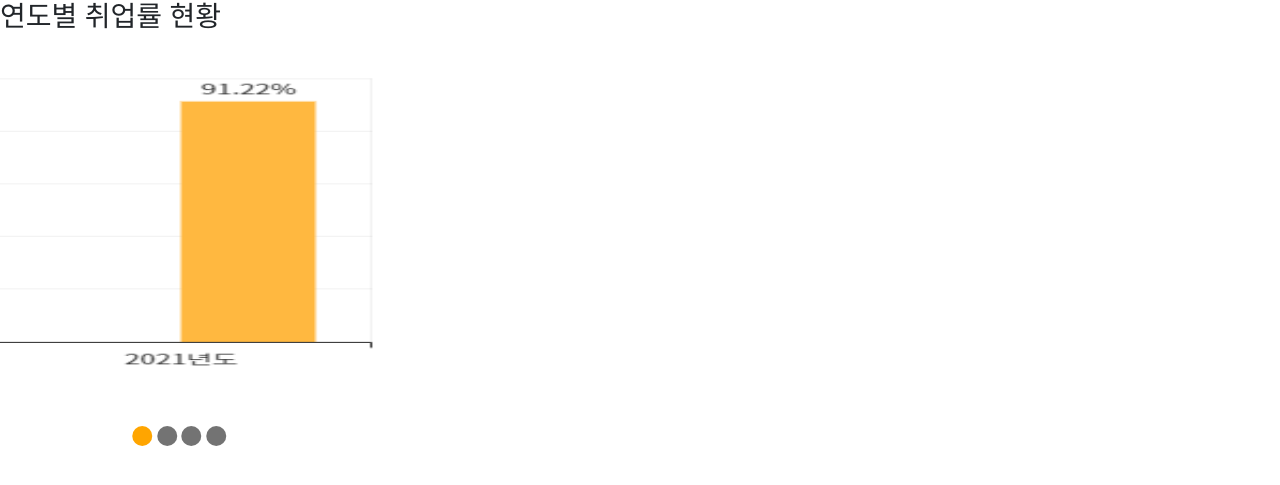
Repository: JavaJin96/kr.or.ddit.HighJava
Page: http://localhost/TeamProjectDCUM/work_psj/iframe_psj/getwork.jsp
An editor plug-in stored every save of this project. The page is shown before and after the next save, followed by the edit.
The browser window is 1280 px wide. The pictures show the whole page.
The page is served by Tomcat 9. Other server files are loaded and not shown.

Above is the page before, as saved 2022-02-16 01:12:55.

### 3.Highjava/workspace/TeamProjectDCUM/WebContent/work_psj/iframe_psj/getwork.jsp
<%@ page language="java" contentType="text/html; charset=UTF-8"
    pageEncoding="UTF-8"%>
<!DOCTYPE html>
<html>
<head>
<meta charset="UTF-8">
<title>Insert title here</title>
<!-- 카드 -->
<link rel="stylesheet" href="https://cdn.jsdelivr.net/npm/bootstrap@4.6.1/dist/css/bootstrap.min.css">
<script src="https://cdn.jsdelivr.net/npm/jquery@3.5.1/dist/jquery.slim.min.js"></script>
<script src="https://cdn.jsdelivr.net/npm/popper.js@1.16.1/dist/umd/popper.min.js"></script>
<script src="https://cdn.jsdelivr.net/npm/bootstrap@4.6.1/dist/js/bootstrap.bundle.min.js"></script>
<style>
/*---------------------- 슬라이드 ----------------------------*/
.slider{
	margin-top : 40px;
    width: 640px;
    height: 400px;
    position: relative;
    overflow: hidden; /* 현재 슬라이드 오른쪽에 위치한 나머지 슬라이드 들이 보이지 않도록 가림 */
/*     text-align: center; */
	display: flex;
}
.slider input[type=radio]{
    display: none;
}
img{
	width : 400px;
    height : 300px;
}

ul.imgs{
    padding: 0;
    margin: 0;
    list-style: none;
}
ul.imgs li{
    position: absolute;
    left: 640px;
    transition-delay: 1s; /* 새 슬라이드가 이동해 오는 동안 이전 슬라이드 이미지가 배경이 보이도록 지연 */
    padding: 0;
    margin: 0;
}

.bullets{
    position: absolute;
    left: 28%;
    transform: translateX(-50%);
    bottom: 20px;
    z-index: 2;
}

.bullets label{
    display: inline-block;
    border-radius: 50%;
    background-color: rgba(0,0,0,0.55);
    width: 20px;
    height: 20px;
    cursor: pointer;
}

/* 현재 선택된 불릿 배경 흰색으로 구분 표시 */
.slider input[type=radio]:nth-child(1):checked~.bullets>label:nth-child(1){
    background-color: orange;
}

.slider input[type=radio]:nth-child(2):checked~.bullets>label:nth-child(2){
    background-color: orange;
}

.slider input[type=radio]:nth-child(3):checked~.bullets>label:nth-child(3){
    background-color: orange;
}

.slider input[type=radio]:nth-child(4):checked~.bullets>label:nth-child(4){
    background-color: orange;
}

 .slider input[type=radio]:nth-child(1):checked~ul.imgs>li:nth-child(1){
     left: 0;
     transition: 0.5s;
     z-index:1;
 }

 .slider input[type=radio]:nth-child(2):checked~ul.imgs>li:nth-child(2){
     left: 0;
     transition: 0.5s;
     z-index:1;
 }

 .slider input[type=radio]:nth-child(3):checked~ul.imgs>li:nth-child(3){
     left: 0;
     transition: 0.5s;
     z-index:1;
 }

 .slider input[type=radio]:nth-child(4):checked~ul.imgs>li:nth-child(4){
     left: 0;
     transition: 0.5s;
     z-index:1;
 }

</style>


</head>
<body>
	<h3>연도별 취업률 현황</h3>
	<div class="slider" targer="ifr">
	    <input type="radio" name="slide" id="slide1" checked>
	    <input type="radio" name="slide" id="slide2">
	    <input type="radio" name="slide" id="slide3">
	    <input type="radio" name="slide" id="slide4">

	    <ul id="imgholder" class="imgs">
	        <li><img src="<%=request.getContextPath()%>/images/main/getwork2.png" targer="ifr"></li>
	        <li><img src="<%=request.getContextPath()%>/images/main/getwork3.PNG" targer="ifr"></li>
	        <li><img src="<%=request.getContextPath()%>/images/main/getwork4.PNG" targer="ifr"></li>
	        <li><img src="<%=request.getContextPath()%>/images/main/getwork5.PNG" targer="ifr" ></li>
	    </ul>

	    <div class="bullets">
	        <label for="slide1">&nbsp;</label>
	        <label for="slide2">&nbsp;</label>
	        <label for="slide3">&nbsp;</label>
	        <label for="slide4">&nbsp;</label>
	    </div>
	</div>


</body>
</html>

After the next save:
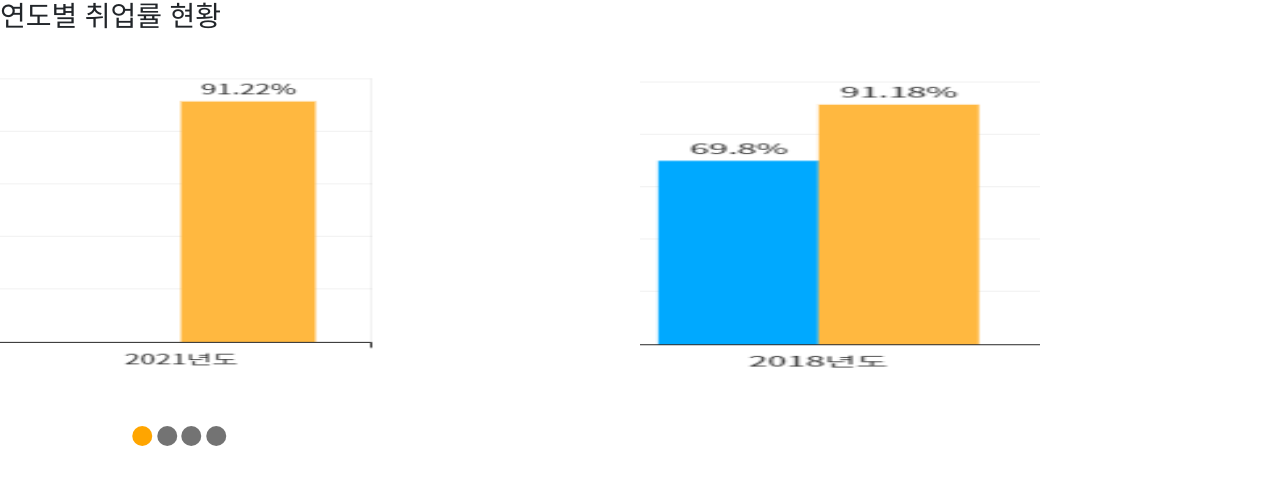
Saved 63 s later.
--- a/3.Highjava/workspace/TeamProjectDCUM/WebContent/work_psj/iframe_psj/getwork.jsp
+++ b/3.Highjava/workspace/TeamProjectDCUM/WebContent/work_psj/iframe_psj/getwork.jsp
@@ -17,7 +17,7 @@
     width: 640px;
     height: 400px;
     position: relative;
-    overflow: hidden; /* 현재 슬라이드 오른쪽에 위치한 나머지 슬라이드 들이 보이지 않도록 가림 */
+
 /*     text-align: center; */
 	display: flex;
 }

After the save that followed:
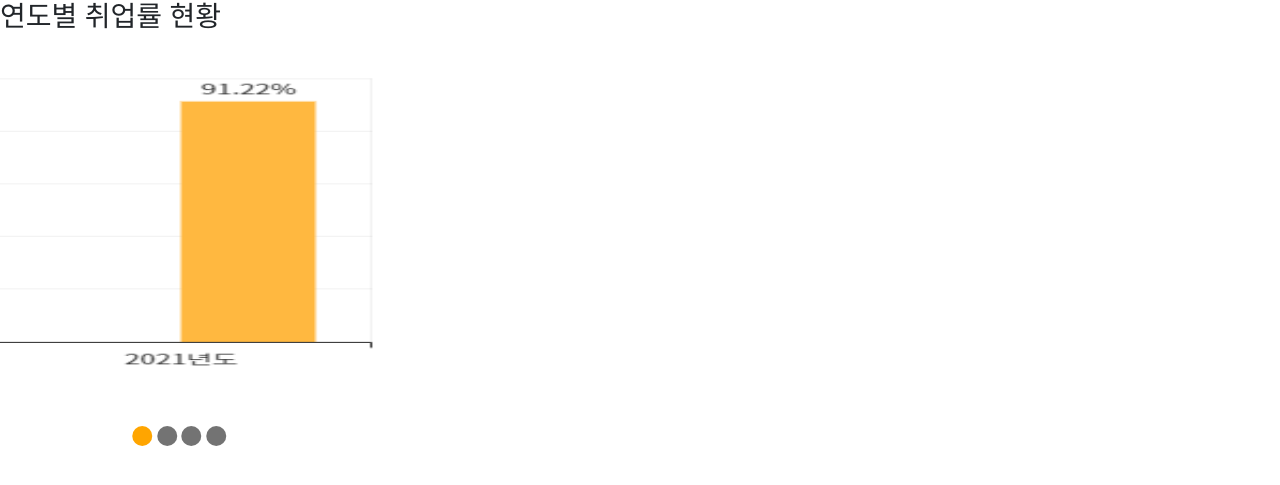
Saved 8 s later.
--- a/3.Highjava/workspace/TeamProjectDCUM/WebContent/work_psj/iframe_psj/getwork.jsp
+++ b/3.Highjava/workspace/TeamProjectDCUM/WebContent/work_psj/iframe_psj/getwork.jsp
@@ -17,7 +17,7 @@
     width: 640px;
     height: 400px;
     position: relative;
-
+    overflow: hidden; /* 현재 슬라이드 오른쪽에 위치한 나머지 슬라이드 들이 보이지 않도록 가림 */
 /*     text-align: center; */
 	display: flex;
 }
